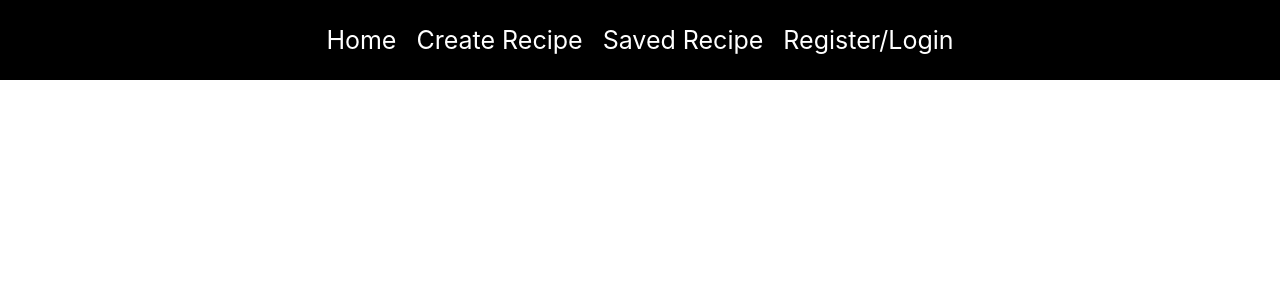
Repository: HAONANTAO/MERN_Recipe
Page: / (app in client/)
The author's editor kept a copy of each file at every save. The page is drawn from the files as they stood at one save, then again after a run of saves.
The browser window is 1280 px wide. The pictures show the whole page.
The project was rebuilt for these pictures with package versions that can differ from the ones it lists, and the page was loaded fresh each time. Also part of the build but not shown: client/src/pages/auth.jsx, client/src/hooks/useGetUserID.js, client/src/pages/create-recipe.jsx, client/src/pages/saved-recipe.jsx.

Above is the page before, as saved 2024-01-29 22:08:50.

After the next 2 saves:
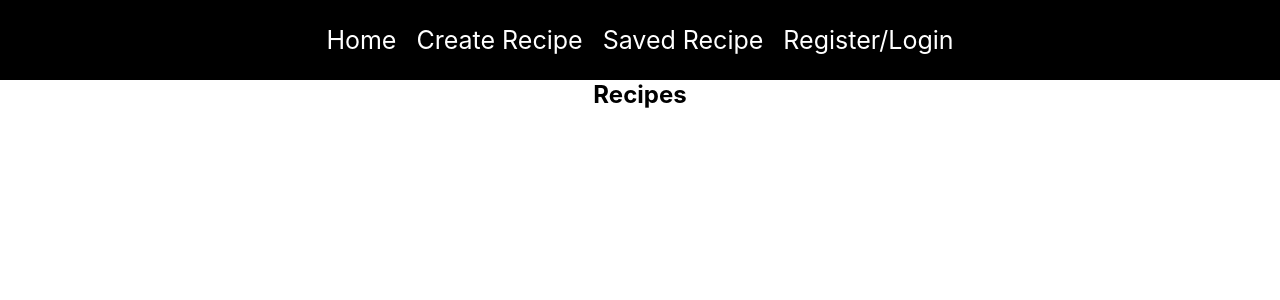
The 2 saves are shown as one change because they came seconds apart.
The last was saved 6 s later.
--- a/client/src/pages/home.jsx
+++ b/client/src/pages/home.jsx
@@ -18,6 +18,9 @@ export const Home = () => {
       }
     };
   }, []);
-  return <div>
-  <h2></h2></div>;
+  return (
+    <div>
+      <h2>Recipes</h2>
+    </div>
+  );
 };
